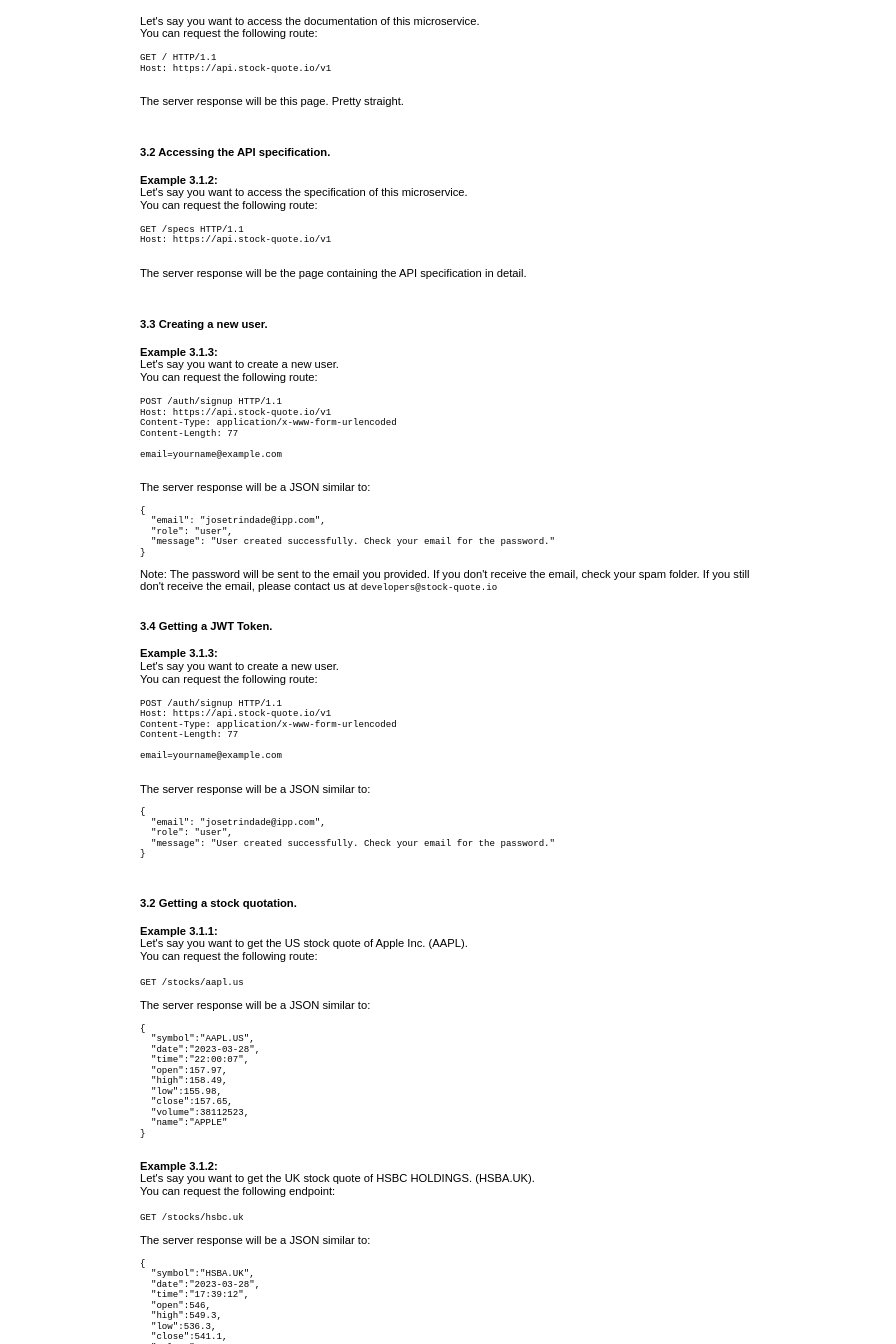
Repository: miguelamello/nest-js
Page: stock-service/documentation.html
These files come from the project's save history. The page is drawn as it stood at one moment and after the next save; the edit follows.
The browser window is 1280 px wide. The pictures show the part of the page from y = 1843 to 3763 px (the page is 4912 px tall before and 4894 px after), at 70% of full size.

Above is the page before, as saved 2023-04-02 21:52:39.

After the next save:
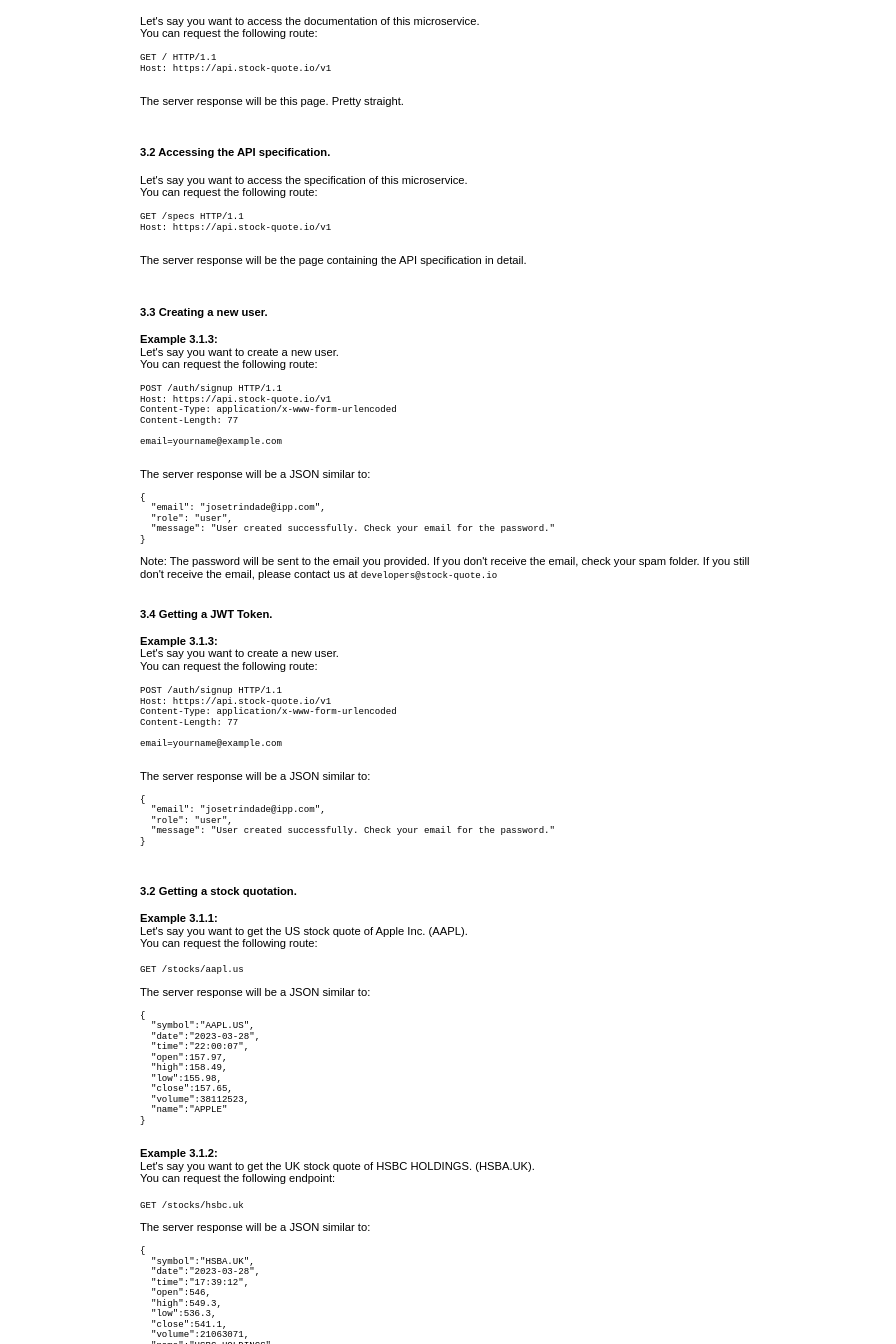
Saved 4 s later.
--- a/stock-service/documentation.html
+++ b/stock-service/documentation.html
@@ -167,7 +167,6 @@ Host: https://api.stock-quote.io/v1
   <br><h4>3.2 Accessing the API specification.</h4>
 
   <p>
-    <div><b>Example 3.1.2:</b></div>
     <div>Let's say you want to access the specification of this microservice.</div>
     <div>You can request the following route:</div><br>
     <pre>
